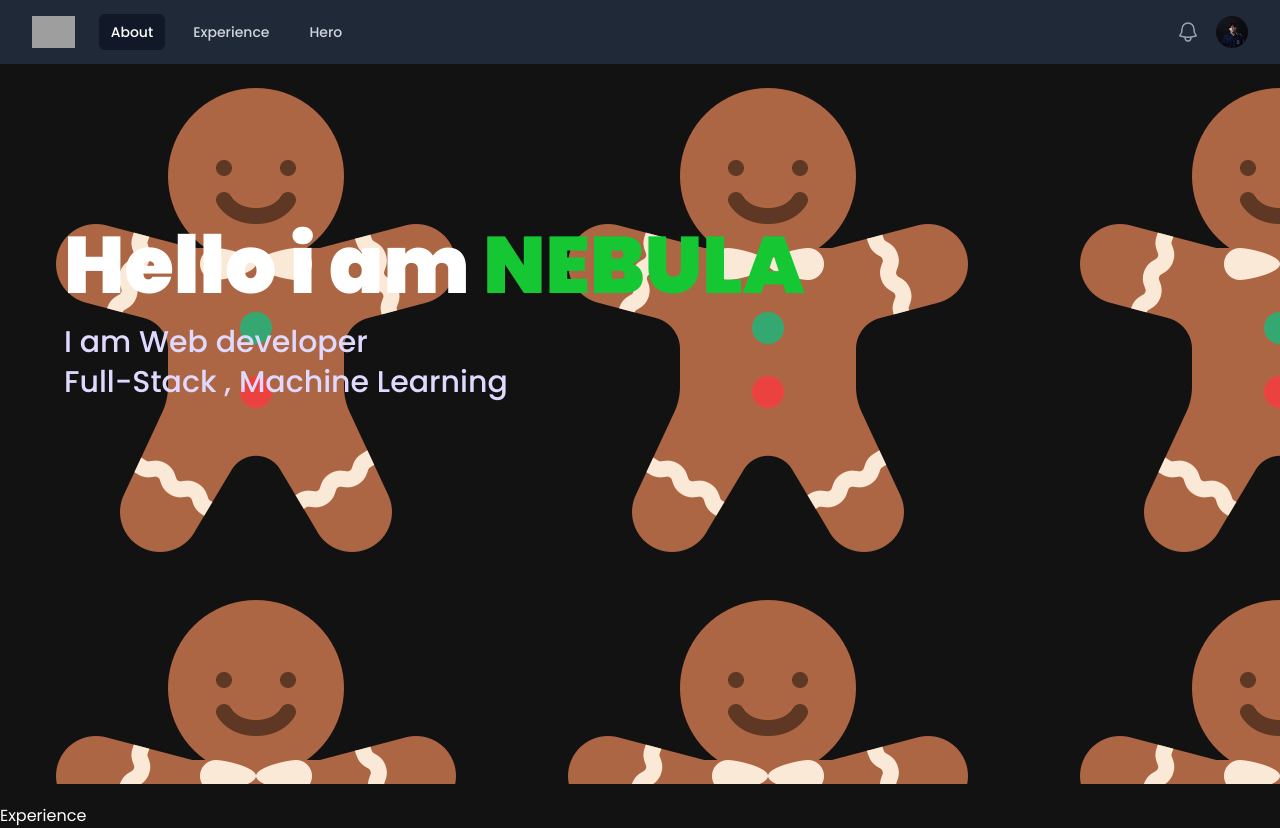
Repository: supakorn5039-boon/React-f
Page: /
An editor plug-in stored every save of this project. The page is shown before and after a run of saves, followed by the edit.
The browser window is 1280 px wide. The pictures show the whole page.
Pictures or frames that could not be fetched are drawn as grey boxes. The project was rebuilt for these pictures with package versions that can differ from the ones it lists, and the page was loaded fresh each time. Also part of the build but not shown: vite.config.js.

Above is the page before, as saved 2024-01-09 16:17:03.

### src/App.jsx
import Navbar from "./components/navbar";
import Hero from "./components/Hero";
import About from "./components/About";
import Experience from "./components/Experience";

export default function App() {
  return (
    <>
      <Navbar />
      <Hero />
      <About />
      <Experience />
    </>
  );
}

### src/index.css
@import url("https://fonts.googleapis.com/css2?family=Poppins:wght@100;200;300;400;500;600;700;800;900&display=swap");

@tailwind base;
@tailwind components;
@tailwind utilities;

* {
  margin: 0;
  padding: 0;
  box-sizing: border-box;
  font-family: "Poppins", sans-serif;
  scroll-behavior: smooth;
  color-scheme: dark;
}
.bg-boon {
  background-image: url("./assets/gingerbread-man.png");
}
.section {
  position: absolute;
  inset: 0;
  top: 120px;
  max-width: 7xl;
  margin: 0 auto;
  padding-left: 6rem;
  padding-right: 6rem;
  display: flex;
  flex-direction: row;
  align-items: flex-start;
  gap: 1.25rem; /* This corresponds to 5 units in "rem" */
}
.heroHeadText {
  font-weight: 900;
  color: white;
  font-size: 80px;
  line-height: 98px;
  margin-top: 2rem;
}

@media (max-width: 1023px) {
  .heroHeadText {
    font-size: 60px;
  }
}

@media (max-width: 767px) {
  .heroHeadText {
    font-size: 50px;
  }
}

@media (max-width: 575px) {
  .heroHeadText {
    font-size: 40px;
  }
}

.heroSubText {
  font-weight: 500;
  color: #dfd9ff;
  font-size: 30px;
  line-height: 40px;
}

@media (max-width: 1023px) {
  .heroSubText {
    font-size: 26px;
  }
}

@media (max-width: 767px) {
  .heroSubText {
    font-size: 20px;
  }
}

@media (max-width: 575px) {
  .heroSubText {
    font-size: 16px;
  }
}

.sectionHeadText {
  color: white;
  font-weight: 900;
  font-size: 60px;
}

@media (max-width: 767px) {
  .sectionHeadText {
    font-size: 50px;
  }
}

@media (max-width: 575px) {
  .sectionHeadText {
    font-size: 40px;
  }
}

.sectionSubText {
  font-size: 18px;
  text-transform: uppercase;
  letter-spacing: 0.1em;
  color: var(--text-secondary);
}

@media (max-width: 767px) {
  .sectionSubText {
    font-size: 18px;
  }
}

.about-head {
  padding: 10px 6px; /* Default padding values */
  max-width: calc(100% - 20rem); /* Adjust the value according to your needs */
  margin: 0 auto;
  position: relative;
  z-index: 0;
}

@media (min-width: 640px) {
  .myElement {
    padding: 16px 6px; /* Updated padding for sm screen size */
  }
}

.about-text {
  margin-top: 1rem; /* Equivalent to mt-4 */
  color: white; /* Assuming --text-secondary is defined */
  font-size: 17px;
  max-width: 48rem; /* Equivalent to max-w-3xl */
  line-height: 1.875rem; /* Equivalent to leading-[30px] */
}

### src/components/navbar.jsx
import { Fragment } from "react";
import { Disclosure, Menu, Transition } from "@headlessui/react";
import { Bars3Icon, BellIcon, XMarkIcon } from "@heroicons/react/24/outline";
import boon from "../assets/Photo.jpg";
const navigation = [
  { name: "About", href: "#about", current: true },
  { name: "Experience", href: "#experience", current: false },
  { name: "Hero", href: "#hero", current: false },
];

function classNames(...classes) {
  return classes.filter(Boolean).join(" ");
}

export default function Navbar() {
  return (
    <Disclosure as="nav" className="bg-gray-800">
      {({ open }) => (
        <>
          <div className="mx-auto max-w-7xl px-2 sm:px-6 lg:px-8">
            <div className="relative flex h-16 items-center justify-between">
              <div className="absolute inset-y-0 left-0 flex items-center sm:hidden">
                {/* Mobile menu button*/}
                <Disclosure.Button className="relative inline-flex items-center justify-center rounded-md p-2 text-gray-400 hover:bg-gray-700 hover:text-white focus:outline-none focus:ring-2 focus:ring-inset focus:ring-white">
                  <span className="absolute -inset-0.5" />
                  <span className="sr-only">Open main menu</span>
                  {open ? (
                    <XMarkIcon className="block h-6 w-6" aria-hidden="true" />
                  ) : (
                    <Bars3Icon className="block h-6 w-6" aria-hidden="true" />
                  )}
                </Disclosure.Button>
              </div>
              <div className="flex flex-1 items-center justify-center sm:items-stretch sm:justify-start">
                <div className="flex flex-shrink-0 items-center">
                  <img
                    className="h-8 w-auto"
                    src="https://tailwindui.com/img/logos/mark.svg?color=indigo&shade=500"
                    alt="Your Company"
                  />
                </div>
                <div className="hidden sm:ml-6 sm:block">
                  <div className="flex space-x-4">
                    {navigation.map((item) => (
                      <a
                        key={item.name}
                        href={item.href}
                        className={classNames(
                          item.current
                            ? "bg-gray-900 text-white"
                            : "text-gray-300 hover:bg-gray-700 hover:text-white",
                          "rounded-md px-3 py-2 text-sm font-medium"
                        )}
                        aria-current={item.current ? "page" : undefined}
                      >
                        {item.name}
                      </a>
                    ))}
                  </div>
                </div>
              </div>
              <div className="absolute inset-y-0 right-0 flex items-center pr-2 sm:static sm:inset-auto sm:ml-6 sm:pr-0">
                <button
                  type="button"
                  className="relative rounded-full bg-gray-800 p-1 text-gray-400 hover:text-white focus:outline-none focus:ring-2 focus:ring-white focus:ring-offset-2 focus:ring-offset-gray-800"
                >
                  <span className="absolute -inset-1.5" />
                  <span className="sr-only">View notifications</span>
                  <BellIcon className="h-6 w-6" aria-hidden="true" />
                </button>

                {/* Profile dropdown */}
                <Menu as="div" className="relative ml-3">
                  <div>
                    <Menu.Button className="relative flex rounded-full bg-gray-800 text-sm focus:outline-none focus:ring-2 focus:ring-white focus:ring-offset-2 focus:ring-offset-gray-800">
                      <span className="absolute -inset-1.5" />
                      <span className="sr-only">Open user menu</span>
                      <img className="h-8 w-8 rounded-full" src={boon} alt="" />
                    </Menu.Button>
                  </div>
                  <Transition
                    as={Fragment}
                    enter="transition ease-out duration-100"
                    enterFrom="transform opacity-0 scale-95"
                    enterTo="transform opacity-100 scale-100"
                    leave="transition ease-in duration-75"
                    leaveFrom="transform opacity-100 scale-100"
                    leaveTo="transform opacity-0 scale-95"
                  >
                    <Menu.Items className="absolute right-0 z-10 mt-2 w-48 origin-top-right rounded-md bg-white py-1 shadow-lg ring-1 ring-black ring-opacity-5 focus:outline-none">
                      <Menu.Item>
                        {({ active }) => (
                          <a
                            href="#"
                            className={classNames(
                              active ? "bg-gray-100" : "",
                              "block px-4 py-2 text-sm text-gray-700"
                            )}
                          >
                            Your Profile
                          </a>
                        )}
                      </Menu.Item>
                      <Menu.Item>
                        {({ active }) => (
                          <a
                            href="#"
                            className={classNames(
                              active ? "bg-gray-100" : "",
                              "block px-4 py-2 text-sm text-gray-700"
                            )}
                          >
                            Settings
                          </a>
                        )}
                      </Menu.Item>
                      <Menu.Item>
                        {({ active }) => (
                          <a
                            href="#"
                            className={classNames(
                              active ? "bg-gray-100" : "",
                              "block px-4 py-2 text-sm text-gray-700"
                            )}
                          >
                            Sign out
                          </a>
                        )}
                      </Menu.Item>
                    </Menu.Items>
                  </Transition>
                </Menu>
              </div>
            </div>
          </div>

          <Disclosure.Panel className="sm:hidden">
            <div className="space-y-1 px-2 pb-3 pt-2">
              {navigation.map((item) => (
                <Disclosure.Button
                  key={item.name}
                  as="a"
                  href={item.href}
                  className={classNames(
                    item.current
                      ? "bg-gray-900 text-white"
                      : "text-gray-300 hover:bg-gray-700 hover:text-white",
                    "block rounded-md px-3 py-2 text-base font-medium"
                  )}
                  aria-current={item.current ? "page" : undefined}
                >
                  {item.name}
                </Disclosure.Button>
              ))}
            </div>
          </Disclosure.Panel>
        </>
      )}
    </Disclosure>
  );
}

### src/components/Hero.jsx
export default function Hero() {
  return (
    <section className="relative w-full h-screen mx-auto bg-boon">
      <div className="absolute inset-0 top-[120px] mx-w-7xl mx-auto sm:px-16 px-6 flex flex-auto">
        <div>
          <h1 className="heroHeadText">
            Hello i am <span className="text-[#16c734]">NEBULA</span>
          </h1>
          <p className="heroSubText mt-2 text-white-100">
            I am Web developer <br />
            Full-Stack , Machine Learning
          </p>
        </div>
      </div>
    </section>
  );
}

### src/components/About.jsx
const About = () => {
  return <div className="about-head">

    <div className="section"></div>
  </div>;
};

export default About;

Loaded but not shown: index.html (common file); src/main.jsx (common file); src/components/Experience.jsx (common file); tailwind.config.js (common file)

After the next 3 saves:
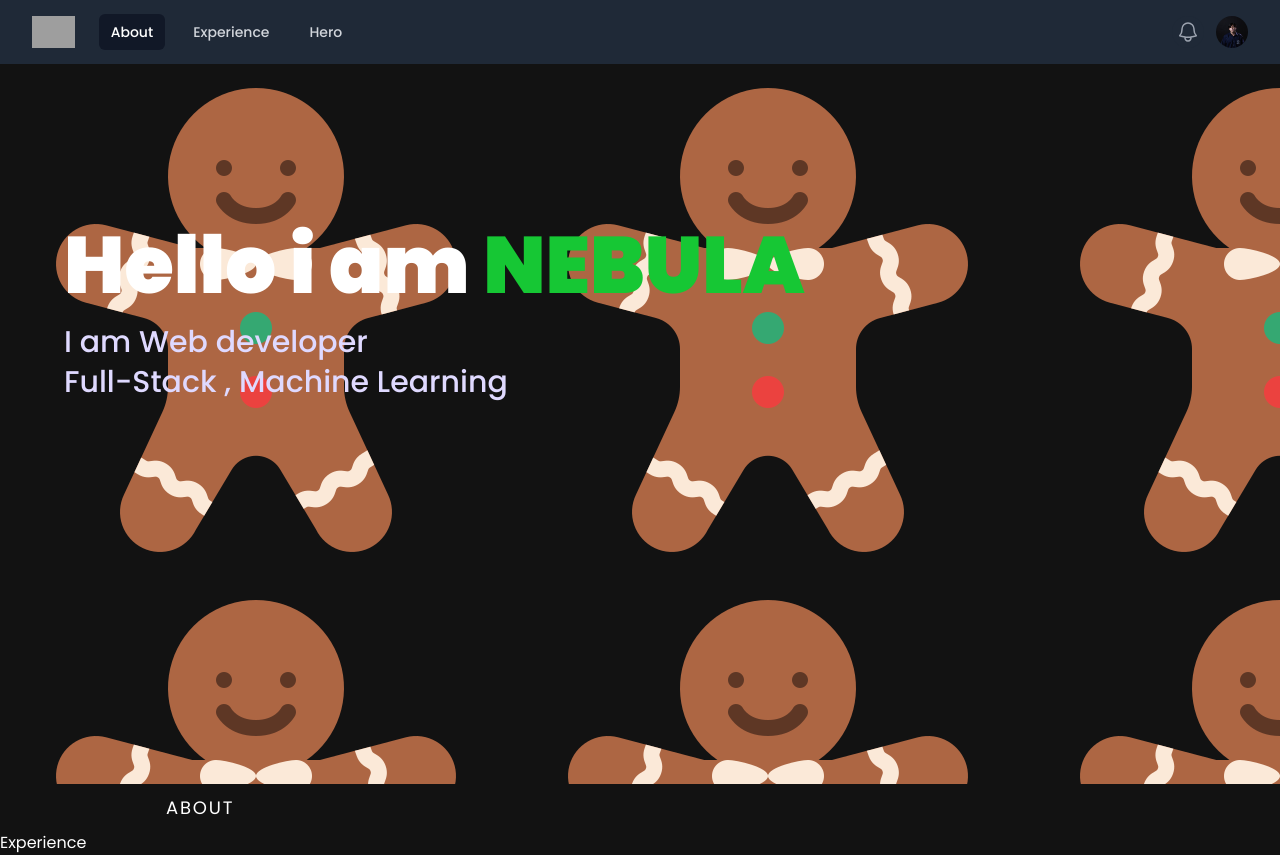
The 3 saves are shown as one change because they came seconds apart.
The last was saved 9 s later.
--- a/src/components/About.jsx
+++ b/src/components/About.jsx
@@ -1,7 +1,7 @@
 const About = () => {
   return <div className="about-head">
 
-    <div className="section"></div>
+    <div className="sectionSubText">About</div>
   </div>;
 };
 
